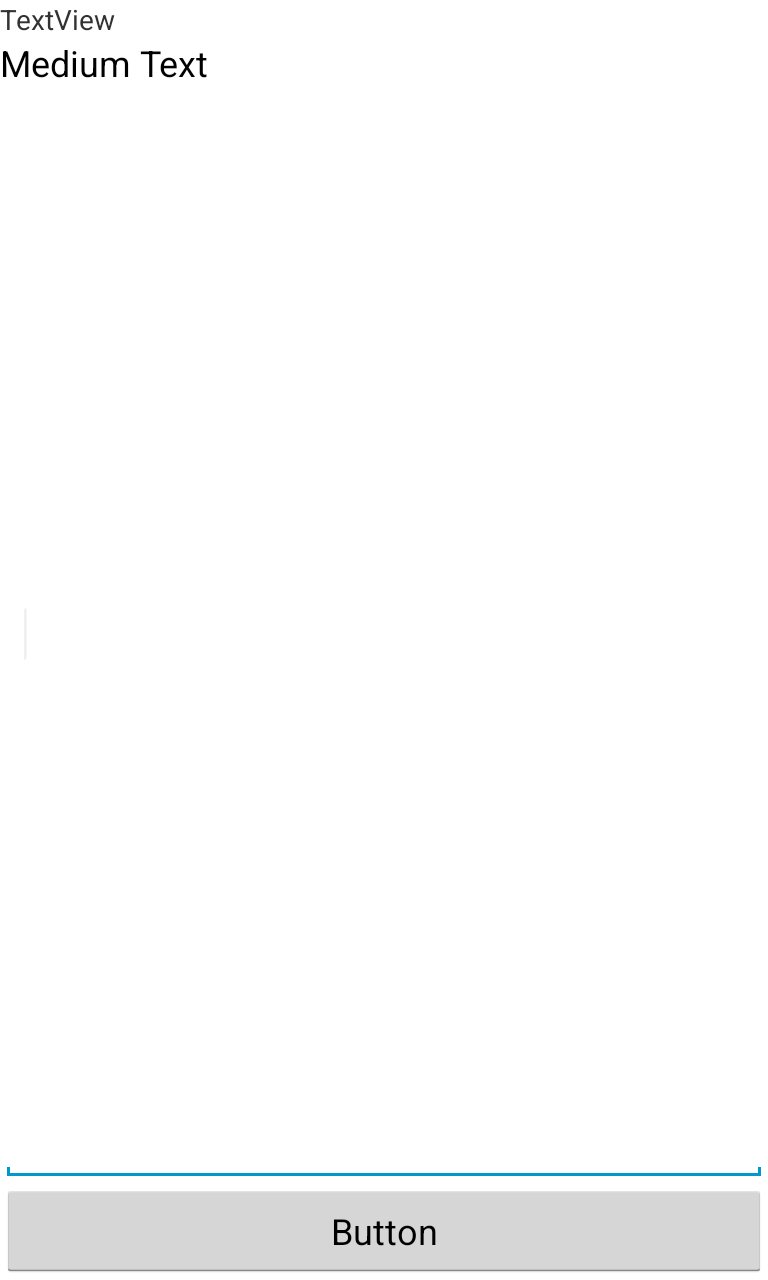
Repository: ya-ivanov/Android-Projects
Layout: Android Projects (OLD)/Simple Caller/SimpleCaller/res/layout/activity_sms.xml
These files come from the project's save history. The layout is drawn as it stood at one moment and after a run of saves; the edit follows.
It is drawn on a 768 x 1280 px phone screen (xhdpi) without system bars, with theme AppTheme; the app's code is not run. The app's manifest (not shown) leaves right-to-left support off. So textAlignment, textDirection and layoutDirection are ignored, and left and right values win over start and end ones.

Above is the layout before, as saved 2013-05-30 19:05:24.

After the next 2 saves:
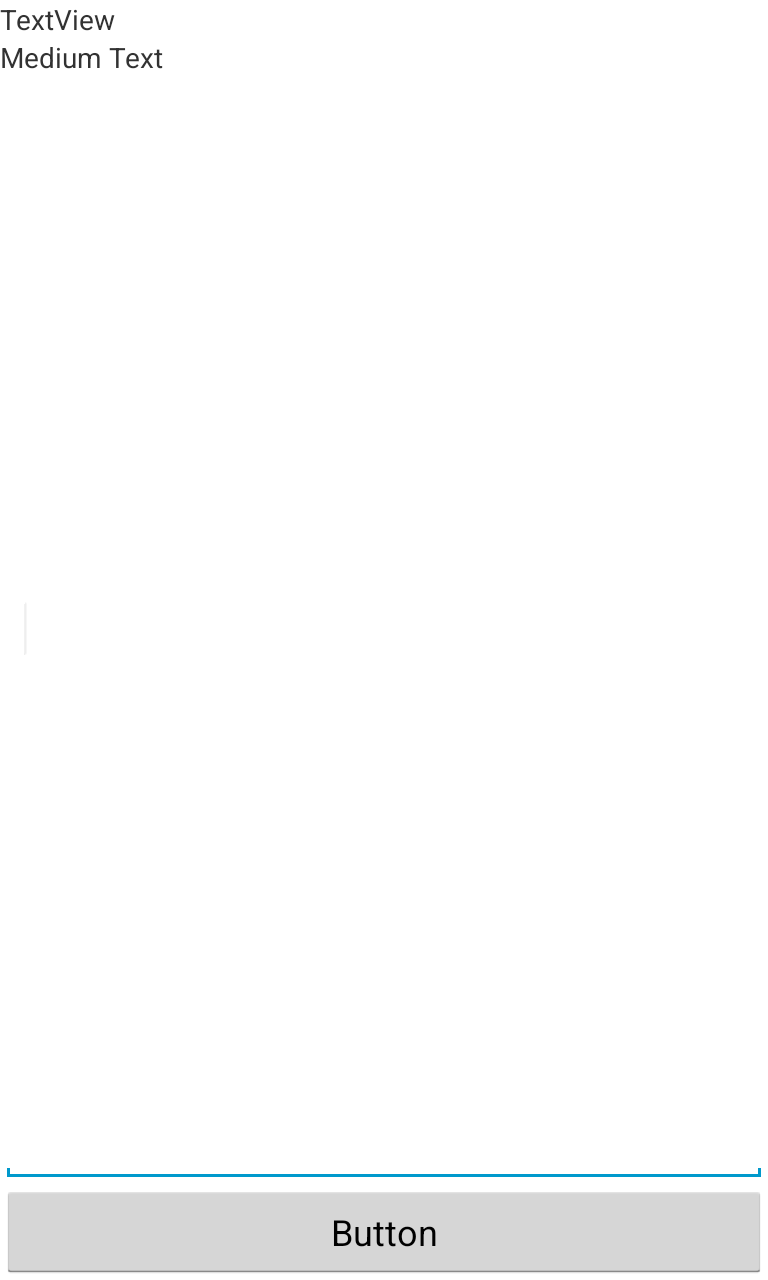
The 2 saves are shown as one change because 1 did not build or start.
The last was saved 97 s later.
--- a/Android Projects (OLD)/Simple Caller/SimpleCaller/res/layout/activity_sms.xml
+++ b/Android Projects (OLD)/Simple Caller/SimpleCaller/res/layout/activity_sms.xml
@@ -14,8 +14,7 @@
         android:id="@+id/textView1"
         android:layout_width="wrap_content"
         android:layout_height="wrap_content"
-        android:text="Medium Text"
-        android:textAppearance="?android:attr/textAppearanceMedium" />
+        android:text="Medium Text"/>
 
 
     <EditText
